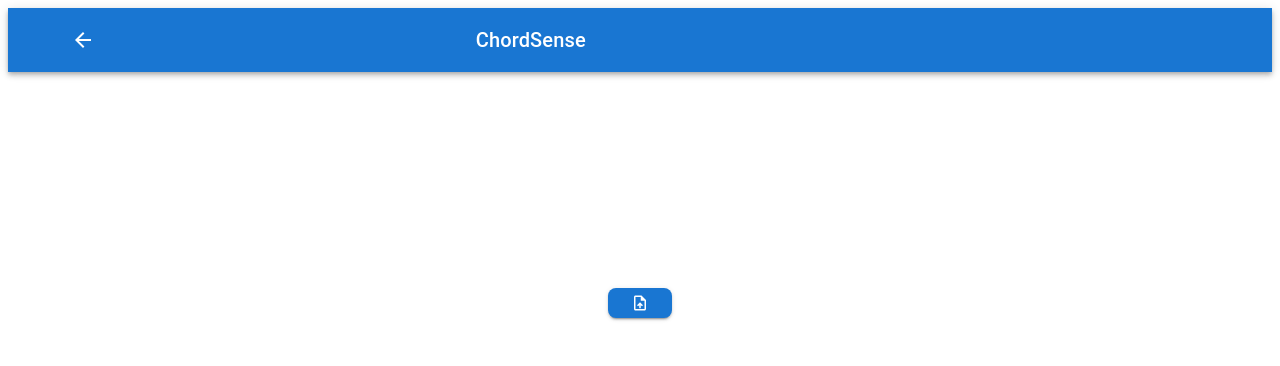
Repository: shamu332/ChordSense
Page: / (app in ui/)
An editor plug-in stored every save of this project. The page is shown before and after the next save, followed by the edit.
The browser window is 1280 px wide. The pictures show the whole page.
The project was rebuilt for these pictures with package versions that can differ from the ones it lists, and the page was loaded fresh each time. Also part of the build but not shown: ui/src/pages/Results.js.

Above is the page before, as saved 2023-03-11 14:39:03.

After the next save:
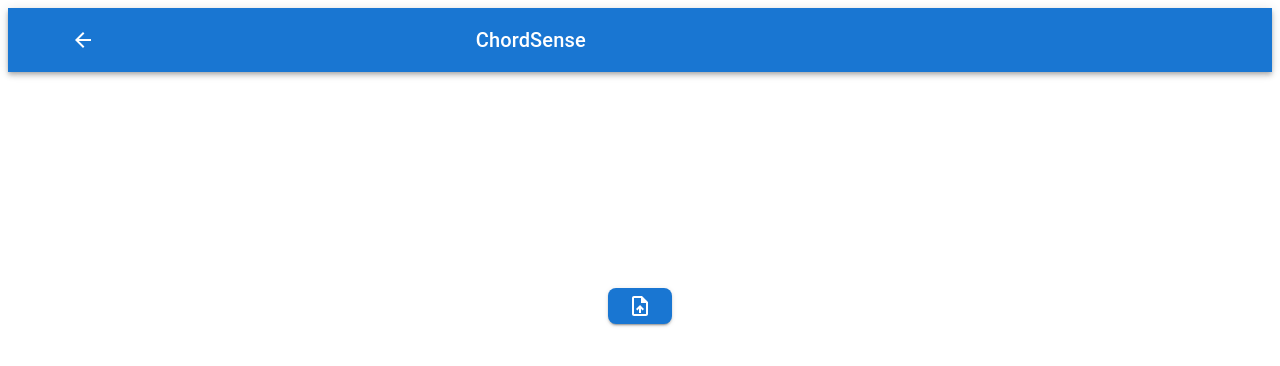
Saved 21 s later.
--- a/ui/src/pages/Landing.js
+++ b/ui/src/pages/Landing.js
@@ -49,10 +49,7 @@ function Scanner() {
             sx={{
                 borderRadius: 2,
               }}>
-                <UploadFileIcon
-                sx = {{
-                    fontSize: "large",
-                }}></UploadFileIcon>
+                <UploadFileIcon ></UploadFileIcon>
                 </Button>
           </div>
           <div
